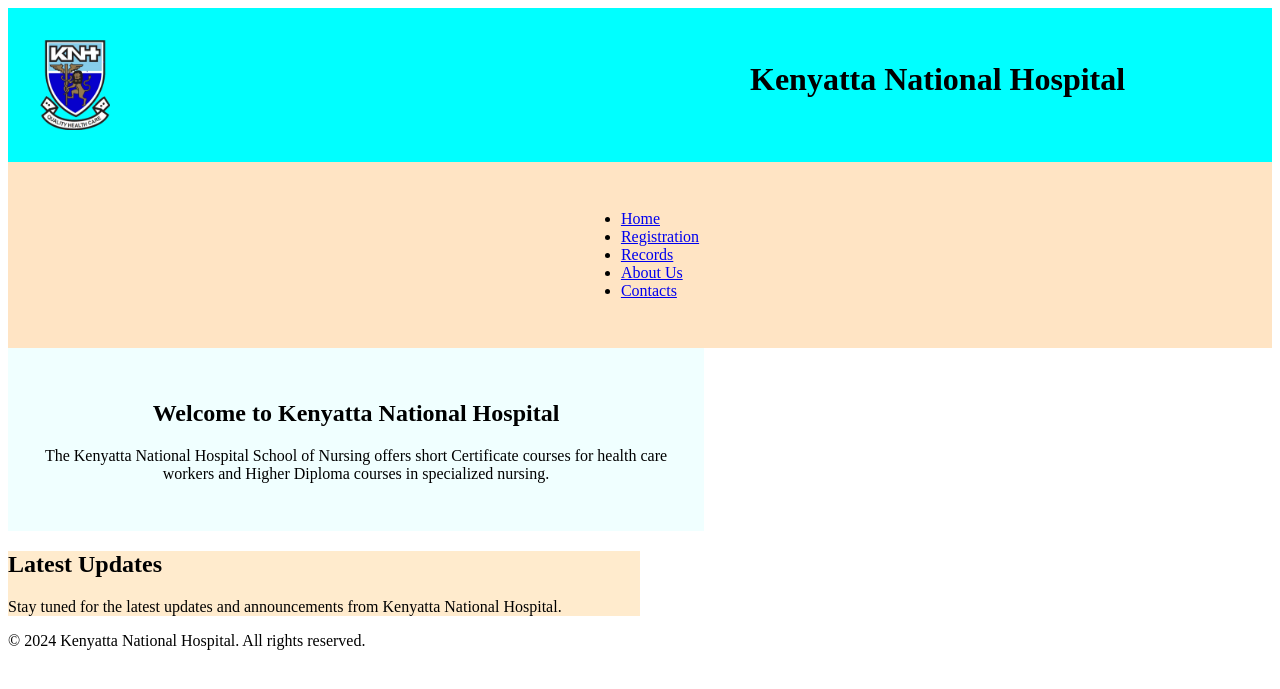
Repository: EphrahimLaanyu123/wsp
Page: index.html
These files come from the project's save history. The page is drawn as it stood at one moment and after the next save; the edit follows.
The browser window is 1280 px wide. The pictures show the whole page.

Above is the page before, as saved 2025-03-14 08:16:56.

After the next save:
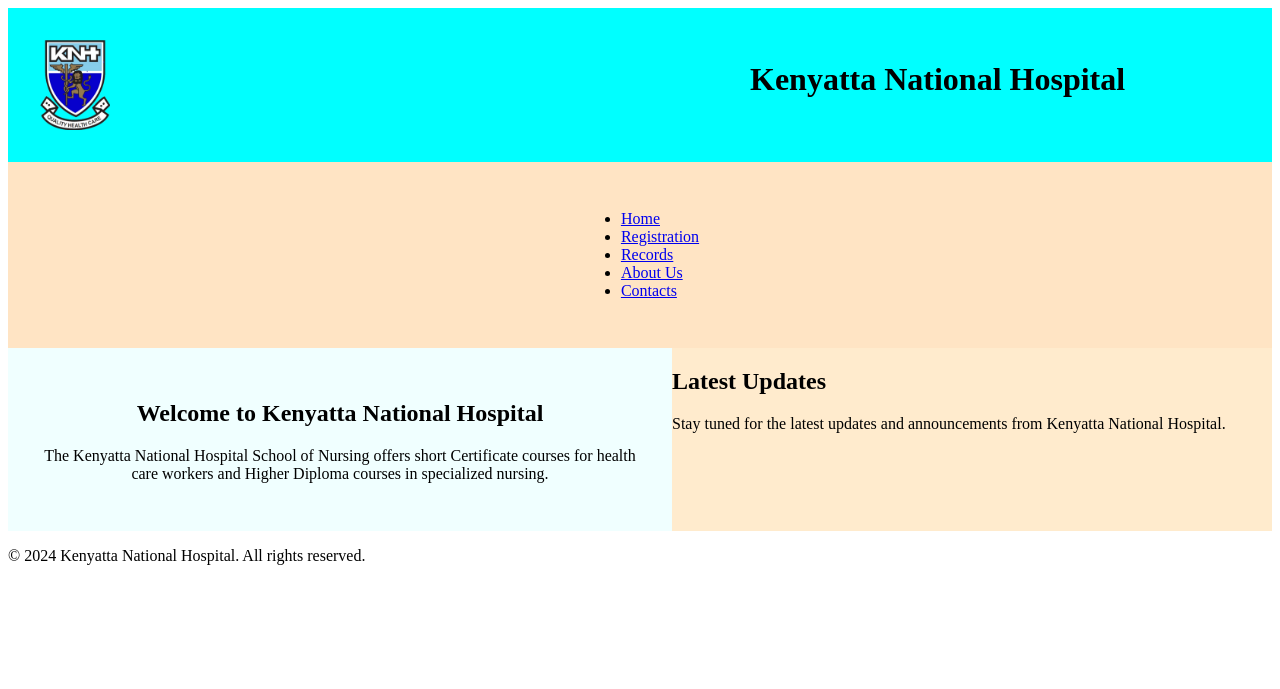
Saved 14 s later.
--- a/index.html
+++ b/index.html
@@ -22,7 +22,7 @@
         </ul>
     </nav>
 
-    <main class="div">
+    <main class="sectionaside">
         <section class="section">
             <h2>Welcome to Kenyatta National Hospital</h2>
             <p>The Kenyatta National Hospital School of Nursing offers short Certificate courses for health care workers and Higher Diploma courses in specialized nursing.</p>
